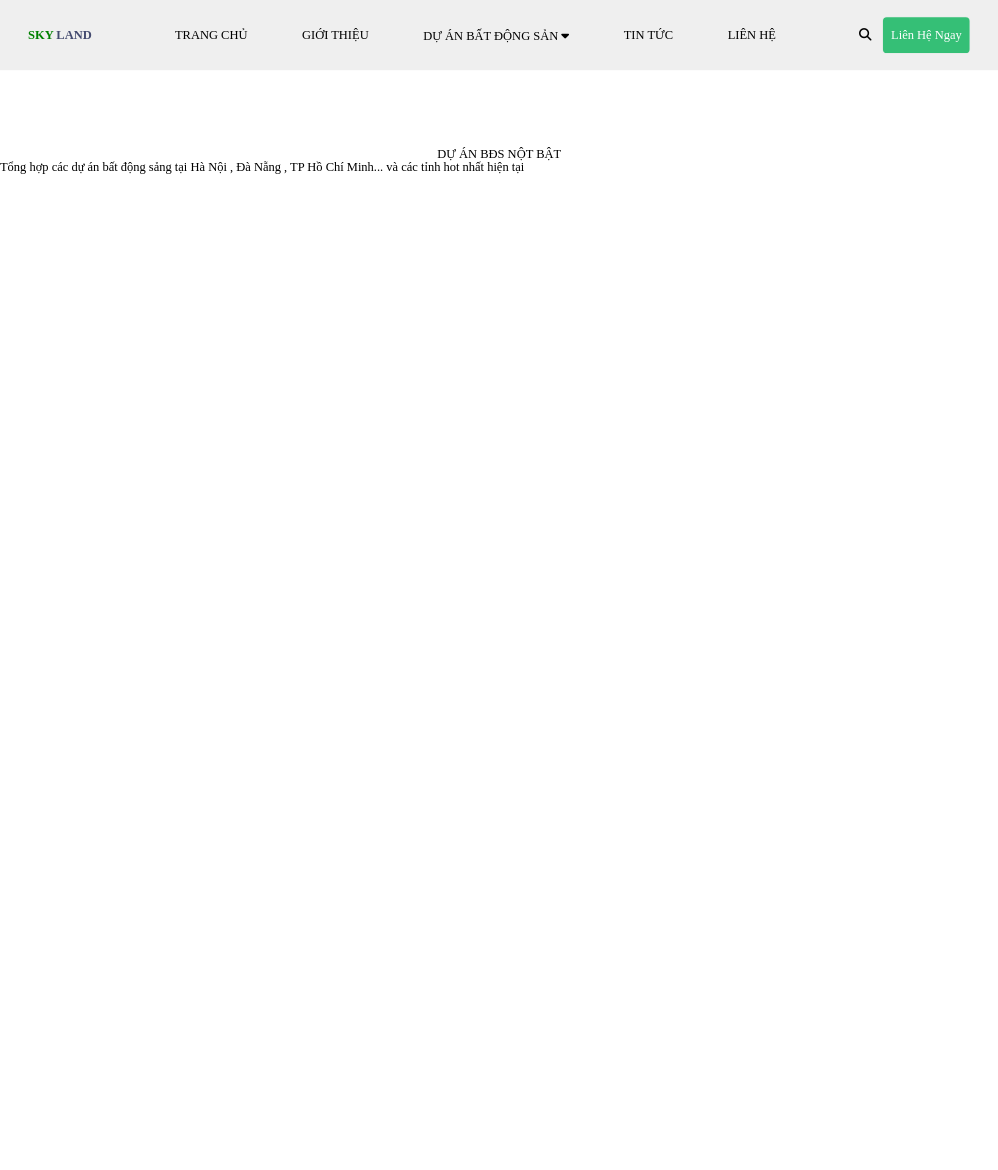
Repository: HuynhDuc23/Webvideodesgin
Page: htmlcssNangCao/index.html
An editor plug-in stored every save of this project. The page is shown before and after the next save, followed by the edit.
The browser window is 1280 px wide. The pictures show the whole page, at 78% of full size.
The style sheet was rebuilt from its Sass, Less or Tailwind sources for each picture, by a compiler version that may differ from the author's.

Above is the page before, as saved 2023-04-30 09:18:44.

### htmlcssNangCao/index.html
<html lang="en">
<head>
    <meta charset="UTF-8">
    <meta http-equiv="X-UA-Compatible" content="IE=edge">
    <meta name="viewport" content="width=device-width, initial-scale=1.0">
    <link rel="stylesheet" href="./reset.css">
    <link rel="stylesheet" href="https://cdnjs.cloudflare.com/ajax/libs/font-awesome/6.4.0/css/all.min.css" integrity="sha512-iecdLmaskl7CVkqkXNQ/ZH/XLlvWZOJyj7Yy7tcenmpD1ypASozpmT/E0iPtmFIB46ZmdtAc9eNBvH0H/ZpiBw==" crossorigin="anonymous" referrerpolicy="no-referrer" />
    <link rel="stylesheet" href="./style.css">

    <title>Document</title>
</head>
<body>
    <div class="skyland">
        <div class="skyland__top">
            <div class="skyland__header">
                <h1 class="skyland__left1">Sky <span>Land</span> </h1>
            </div>
            <div class="skyland__left">
                <ul class="list">
                    <li class="items">Trang Chủ</li>
                    <li class="items">Giới Thiệu</li>
                    <li class="items">Dự Án Bất Động Sản
                        <i class="fa-solid fa-caret-down caret-down"></i>
                    </li>
                    <li class="items">Tin Tức</li>
                    <li class="items">Liên Hệ</li>
                </ul>
            </div>
            <div class="iconbutton">
                <i class="fa-solid fa-magnifying-glass icon-search"></i>
                <span class="text">Liên Hệ Ngay</span>
            </div>
        </div>
        <div class="skyland__center__mid">
            <div class="skyland__center__top">
                <span class="skyland__center__top">Dự Án BĐS nột bật </span>
                <h3 class="paragrap">Tổng hợp các dự án bất động sảng tại Hà Nội , Đà Nẵng , TP Hồ Chí Minh... và các tỉnh hot nhất hiện tại</h3>
            </div>
        </div>
    </div>
</body>
</html>

### htmlcssNangCao/style.scss

html {
    margin: 0;
    padding: 0;
    box-sizing:border-box ;
}
.skyland {
    width: 100%;
    height: 1500px;
    background-color: white;
    &__top {

        width: 100%;
        height: 90px;
        background-color: #eeee;
        display: flex;
        align-items: center;
        justify-content: space-around;
    }
    &__left {
        .list {
          display: flex;
        }
        .items {
            padding: 0 35px;
            text-transform: uppercase;
            cursor: pointer;
        }
    }
    &__header{
        h1 {
            font-weight: bold;
            cursor: pointer;
             text-transform: uppercase;
             color: green;
        }
        span {
            color:#434a6f;
        }
    }
    .iconbutton {

        .text {
            color: white;
            display: inline-block;
            line-height: 1.6;
            padding-left: 10px;
            cursor: pointer;
            background-color: #35bf76;
         padding: 10px 10px;
         border: 1px solid #eeee;
         border-radius: 6px;
         line-height: 1.6;
         opacity: 1;
         font-weight: 500;
         &:hover {
            opacity: 0.8;
         }
        }
        .icon-search {
            color:black;
            padding-right: 10px;
            cursor: pointer;

        }
    }
 &__center__mid{
    margin-top:100px ;
 }
 &__center__top {
    span {
        display: block;
        text-transform: uppercase;
        text-align: center;
    }
 }

}

Loaded but not shown: htmlcssNangCao/reset.css (common file)

After the next save:
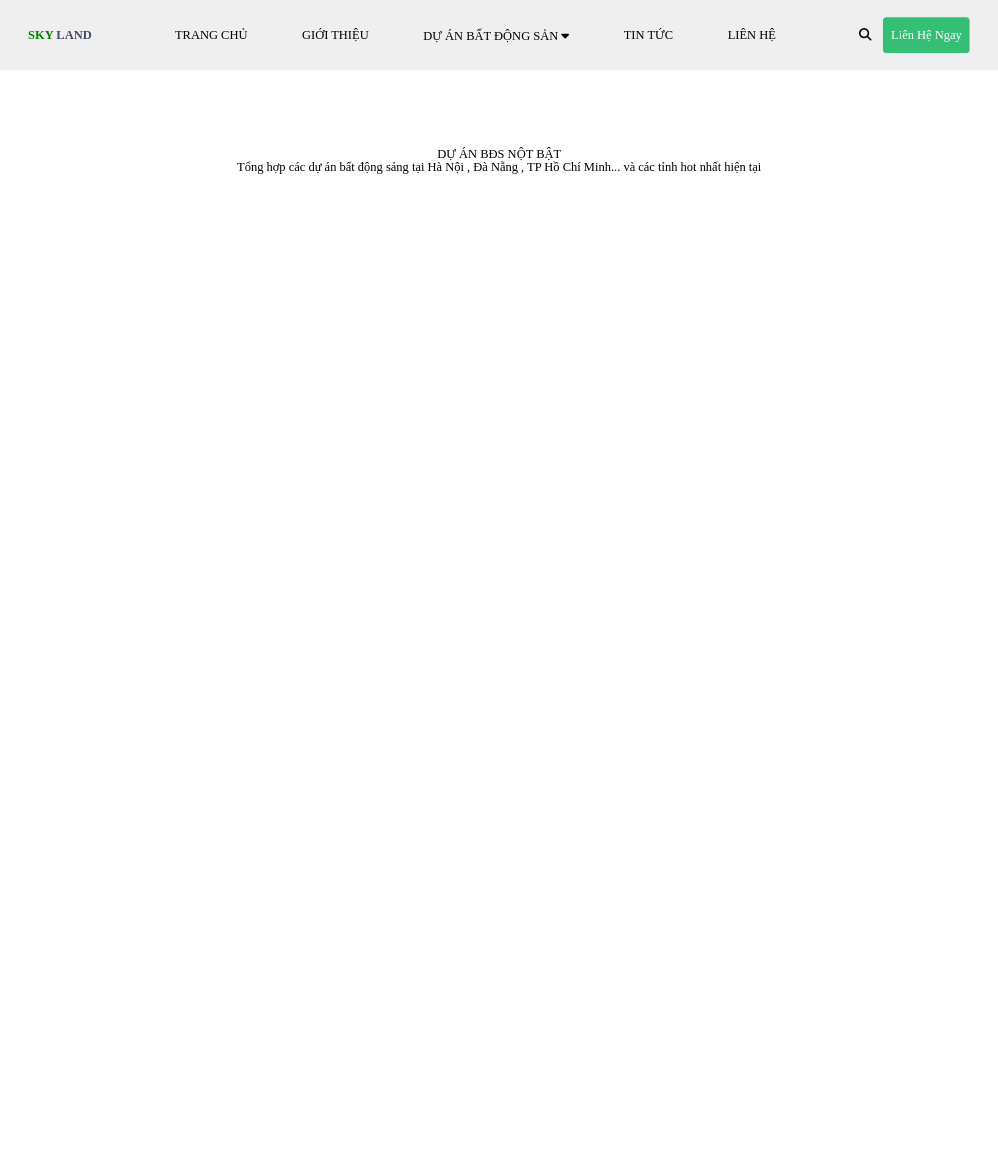
Saved 16 s later.
--- a/htmlcssNangCao/style.scss
+++ b/htmlcssNangCao/style.scss
@@ -68,8 +68,8 @@ html {
     margin-top:100px ;
  }
  &__center__top {
+    text-align: center;
     span {
-        display: block;
         text-transform: uppercase;
         text-align: center;
     }
